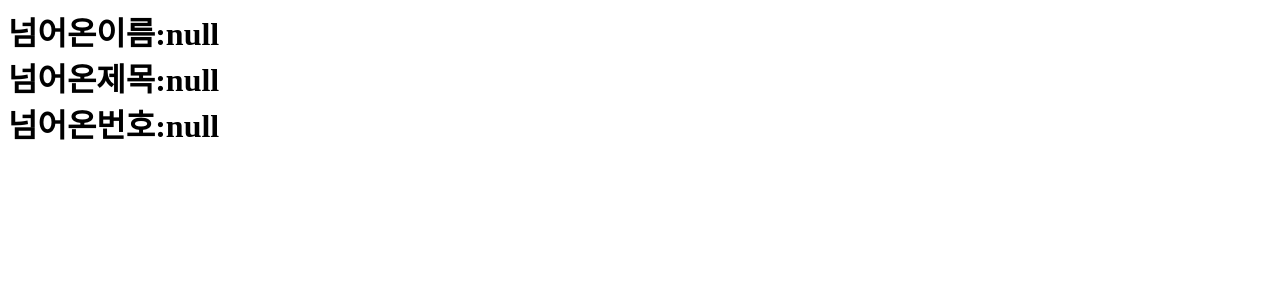
Repository: sorakazae/ITBANK_JSP_101
Page: http://localhost/Web0517/DDD.jsp
An editor plug-in stored every save of this project. The page is shown before and after the next save, followed by the edit.
The browser window is 1280 px wide. The pictures show the whole page.
The page is served by Tomcat 9.

Above is the page before, as saved 2014-05-31 03:59:33.

### day8/my/Web0517/WebContent/DDD.jsp
<%@ page language="java" contentType="text/html; charset=EUC-KR"
    pageEncoding="EUC-KR"%>

<html>
<head>
<title> [DDD.jsp]</title>
</head>
<body>
<%
	String data1=request.getParameter("name");
	String data2=request.getParameter("title");
	String data3=request.getParameter("num");
%>
<h1>
	넘어온이름:<%= data1 %> <br>
	넘어온제목:<%= data2 %> <br>
	넘어온번호:<%= data3 %> <br>
</h1>
</body>
</html>

After the next save:
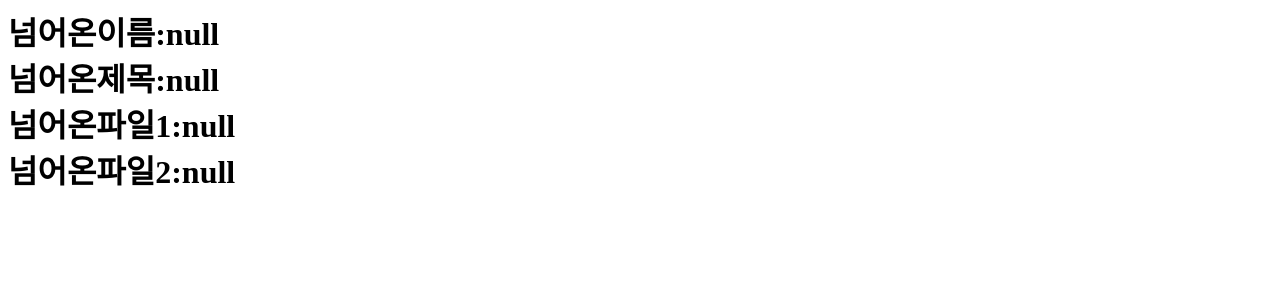
Saved 3 min 5 s later.
--- a/day8/my/Web0517/WebContent/DDD.jsp
+++ b/day8/my/Web0517/WebContent/DDD.jsp
@@ -9,12 +9,15 @@
 <%
 	String data1=request.getParameter("name");
 	String data2=request.getParameter("title");
-	String data3=request.getParameter("num");
+	// String data3=request.getParameter("num");
+	String data4=request.getParameter("file1");
+	String data5=request.getParameter("file2");
 %>
 <h1>
 	넘어온이름:<%= data1 %> <br>
 	넘어온제목:<%= data2 %> <br>
-	넘어온번호:<%= data3 %> <br>
+	넘어온파일1:<%= data4 %> <br>
+	넘어온파일2:<%= data5 %> <br>
 </h1>
 </body>
 </html>
